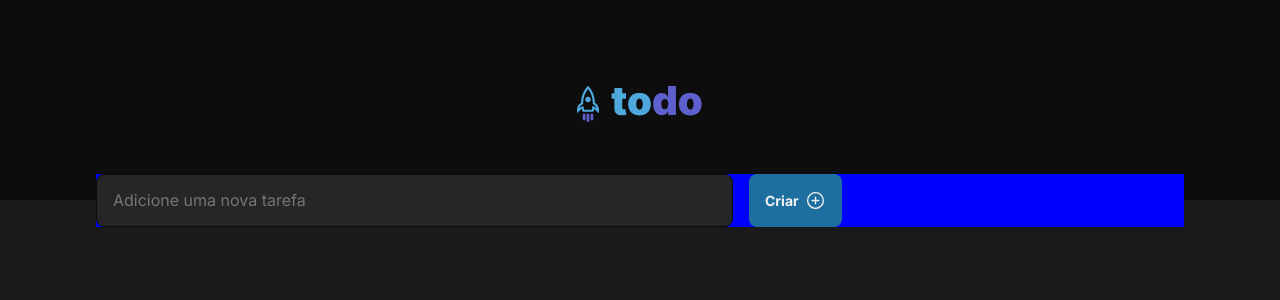
Repository: viniimartins/ToDoListROCKETSEAT
Page: /
An editor plug-in stored every save of this project. The page is shown before and after the next save, followed by the edit.
The browser window is 1280 px wide. The pictures show the whole page.
The project was rebuilt for these pictures with package versions that can differ from the ones it lists, and the page was loaded fresh each time. Also part of the build but not shown: vite.config.ts.

Above is the page before, as saved 2023-05-05 15:16:09.

After the next save:
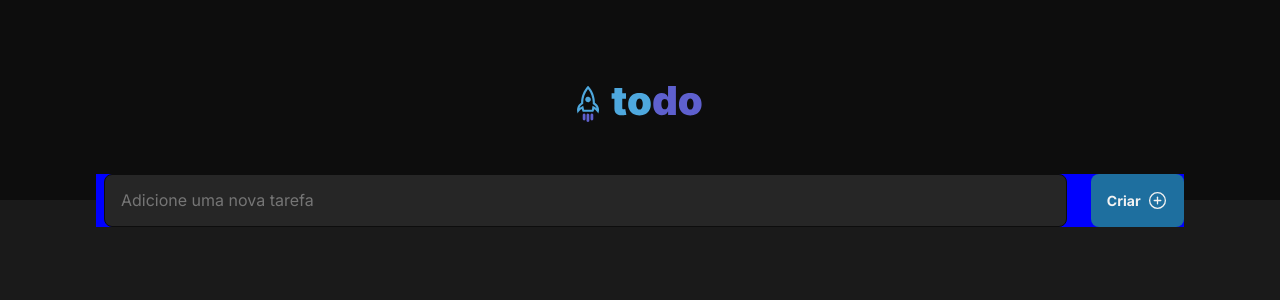
Saved 89 s later.
--- a/src/Components/AddTask.module.css
+++ b/src/Components/AddTask.module.css
@@ -15,6 +15,8 @@
   font-weight: 400;
   font-size: 1rem;
   background-color: var(--gray-500);
+  flex: 1;
+  margin: 0 8px;
 }
 
 .Button {
